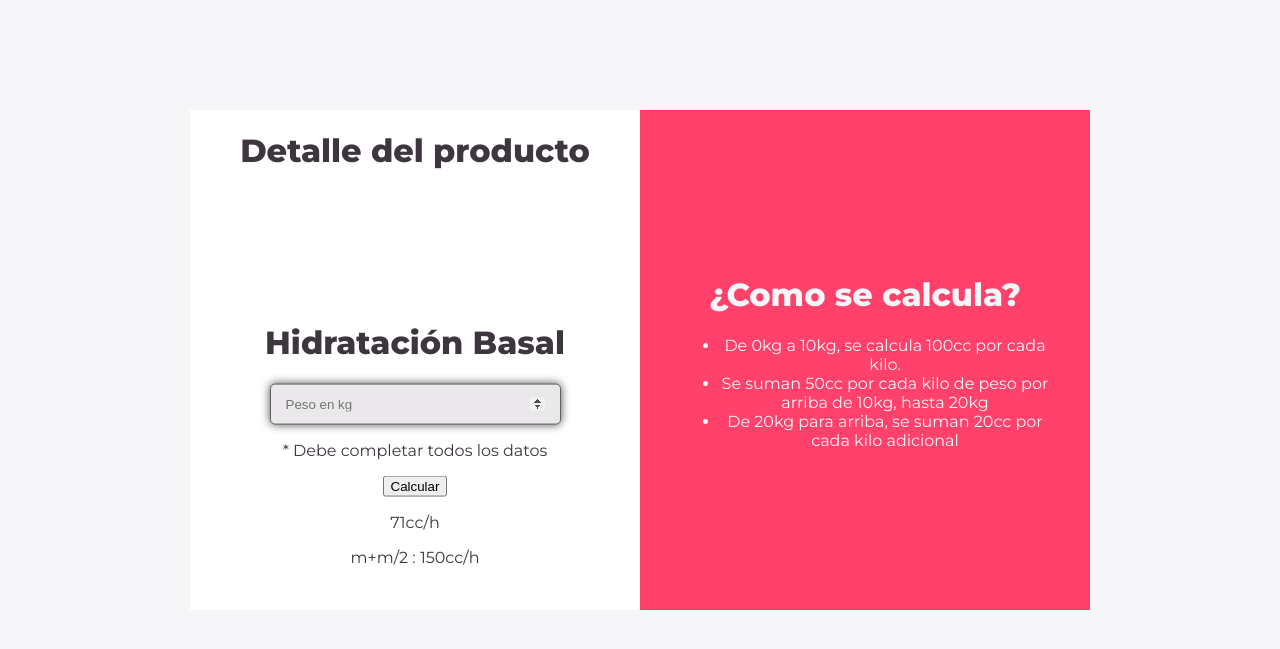
Repository: Fredy452/calculadora_basal
Page: index.html
The author's editor kept a copy of each file at every save. The page is drawn from the files as they stood at one save, then again after the next save.
The browser window is 1280 px wide. The pictures show the whole page.
The pointer rests on the first visible `input`.

Above is the page before, as saved 2023-04-21 07:57:56.

After the next save:
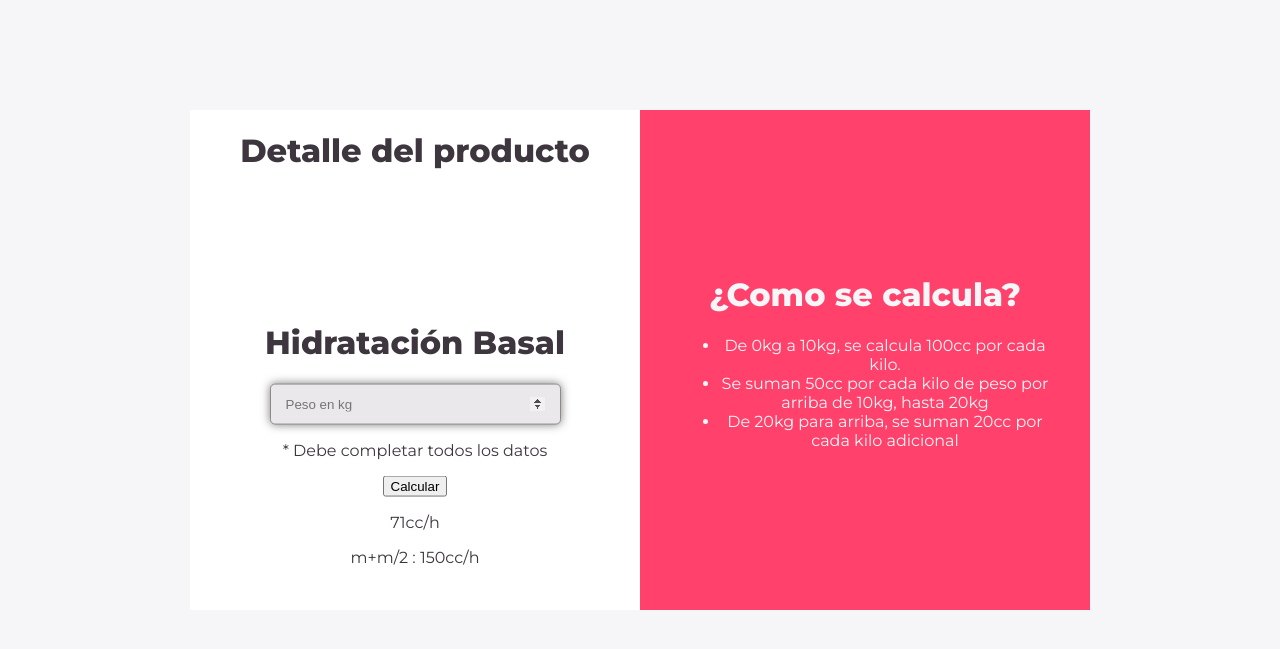
Saved 88 s later.
--- a/style.css
+++ b/style.css
@@ -44,6 +44,6 @@ input{
 }
 input:hover{
     background-color:#ebe8eb;
-    border: 1px solid rgb(94, 94, 94);
-    box-shadow: 0 0 10px rgb(80, 78, 78);
+    border: 1px solid rgb(143, 138, 138);
+    box-shadow: 0 0 10px rgb(126, 122, 122);
 }
